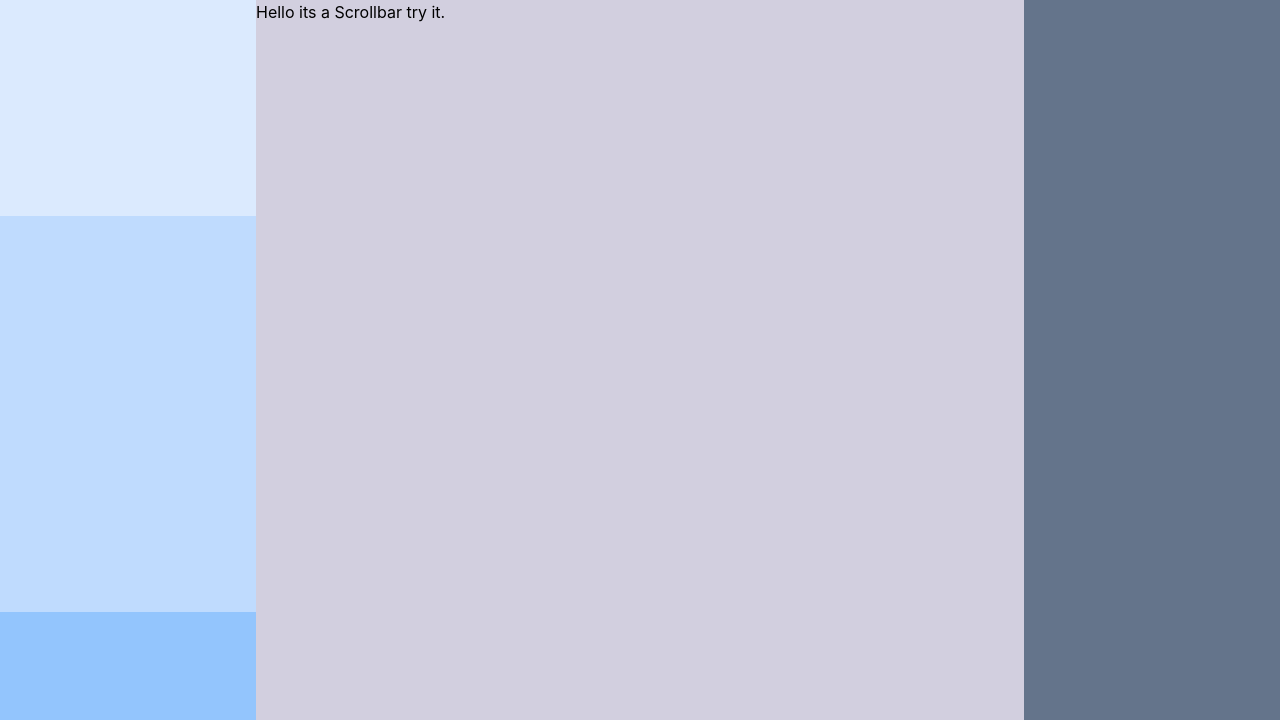
Repository: cosmicswati/upgrad-captions-project
Page: /account/signup
The author's editor kept a copy of each file at every save. The page is drawn from the files as they stood at one save, then again after the next save.
The browser window is 1280 px wide. The pictures show the whole page.
An inner scrolling area shows only its first screen. The project was rebuilt for these pictures with package versions that can differ from the ones it lists, and the page was loaded fresh each time. Also part of the build but not shown: src/components/Input/index.js, src/components/Button/index.js, src/modules/Authorization/Form.jsx, src/modules/Authorization/index.js.

Above is the page before, as saved 2024-04-09 13:18:25.

After the next save:
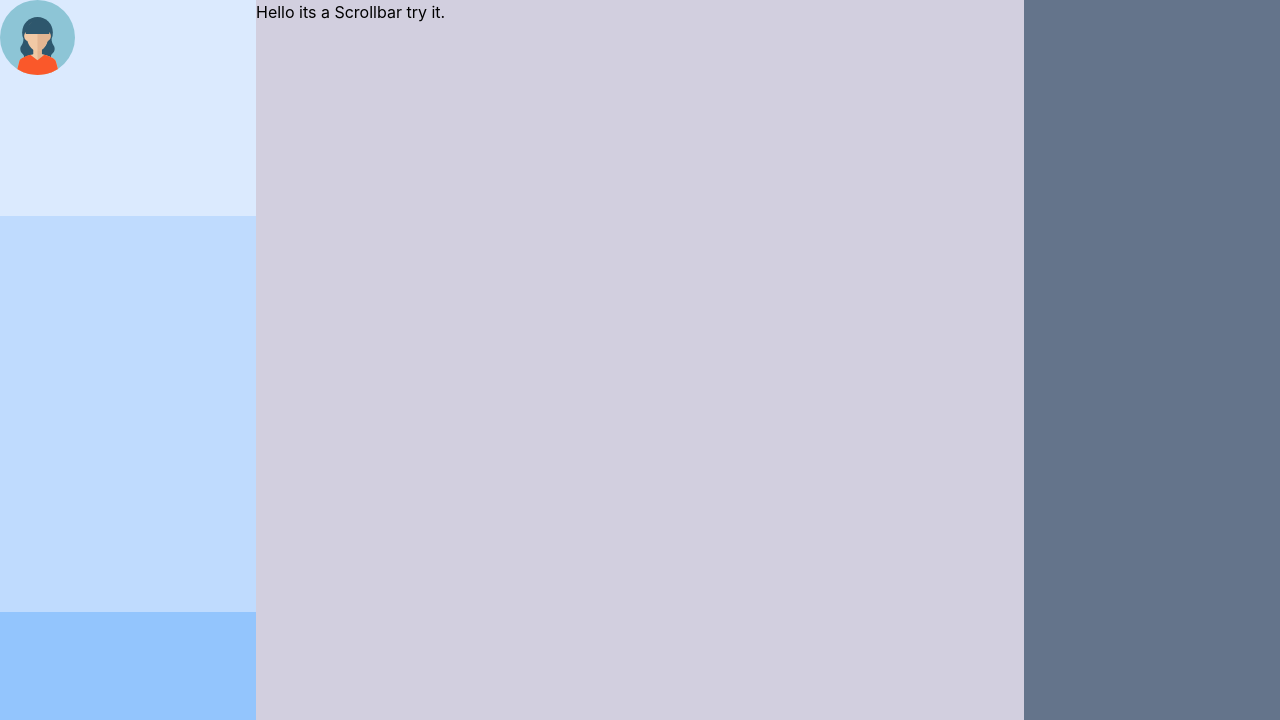
Saved 13 min 15 s later.
--- a/src/modules/Home/index.js
+++ b/src/modules/Home/index.js
@@ -1,4 +1,5 @@
 import React from 'react'
+import { ReactComponent as Avatar} from '../../assets/Avatar.svg'
 
 const Home = () => {
   return (
@@ -6,7 +7,7 @@ const Home = () => {
         <div className='w-[20%] flex flex-col'>
             <div className='h-[30%] bg-blue-100'>
                 <div>
-
+                    <Avatar width={'75px'} height={'75px'}/>
                 </div>
             </div>
             <div className='h-[55%] bg-blue-200'></div>
